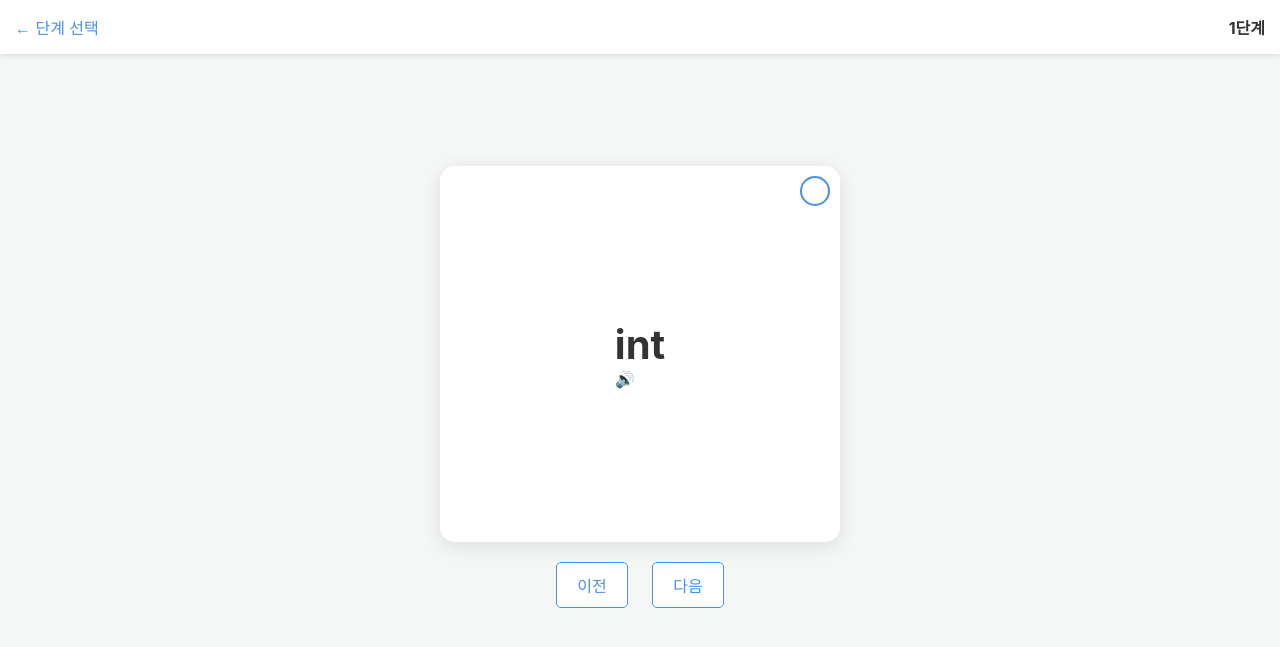
Repository: limgoon/programming-flashcards
Page: index.html
These files come from the project's save history. The page is drawn as it stood at one moment and after the next save; the edit follows.
The browser window is 1280 px wide. The pictures show the whole page.
After loading, the first visible `button.stage-btn` was clicked once.

Above is the page before, as saved 2025-07-15 10:10:27.

### index.html
<!DOCTYPE html>
<html lang="ko">

<head>
  <meta charset="UTF-8">
  <meta name="viewport" content="width=device-width, initial-scale=1.0, user-scalable=no">
  <title>프로그래밍 단어 암기 카드</title>
  <link rel="stylesheet" href="style.css">
</head>

<body>

  <div id="stage-selection-screen" class="screen active">
    <h1>암기할 단계를 선택하세요</h1>
    <div class="stage-buttons">
      <button class="stage-btn" data-level="1">1단계: 기본 & 핵심</button>
      <button class="stage-btn" data-level="2">2단계: 중급 & 확장</button>
      <button class="stage-btn" data-level="3">3단계: 심화 & 전문</button>
    </div>
  </div>

  <div id="flashcard-screen" class="screen">
    <header class="app-header">
      <button id="back-to-selection">← 단계 선택</button>
      <span id="current-stage-display"></span>
    </header>

    <main id="card-area">
      <div class="card-container">
        <div class="card">
          <div class="card-face card-front">
            <div class="checkmark-area">
              <span class="checkmark">✔</span>
            </div>
            <div class="word-and-speaker">
              <p id="word-display"></p>
              <span id="speaker-icon" title="발음 듣기">🔊</span>
            </div>
          </div>
          <div class="card-face card-back">
            <div class="checkmark-area">
              <span class="checkmark">✔</span>
            </div>
            <div class="meaning">
              <h2>프로그래밍 의미</h2>
              <p id="prog-meaning"></p>
            </div>
            <div class="meaning">
              <h2>사전적 의미</h2>
              <p id="dict-meaning"></p>
            </div>
          </div>
        </div>
      </div>
      <div class="navigation-buttons">
        <button id="prev-btn">이전</button>
        <button id="next-btn">다음</button>
      </div>
    </main>
  </div>

  <script src="script.js"></script>
</body>

</html>

### style.css
/* 기본 스타일 및 글꼴 설정 */
:root {
  --primary-color: #4a90e2;
  --background-color: #f4f7f6;
  --card-bg: #ffffff;
  --text-color: #333;
  --light-text-color: #f0f0f0;
  --shadow-color: rgba(0, 0, 0, 0.1);
}

* {
  box-sizing: border-box;
  margin: 0;
  padding: 0;
}

body {
  font-family: -apple-system, BlinkMacSystemFont, 'Segoe UI', Roboto, 'Helvetica Neue', Arial, sans-serif;
  background-color: var(--background-color);
  color: var(--text-color);
  overscroll-behavior-y: contain;
  /* 당겨서 새로고침 방지 */
}

/* 화면 전환 */
.screen {
  display: none;
  flex-direction: column;
  height: 100vh;
  width: 100%;
}

.screen.active {
  display: flex;
}

/* 1. 단계 선택 화면 */
#stage-selection-screen {
  justify-content: center;
  align-items: center;
  text-align: center;
}

#stage-selection-screen h1 {
  margin-bottom: 40px;
}

.stage-buttons {
  display: flex;
  flex-direction: column;
  gap: 15px;
}

.stage-btn {
  padding: 15px 30px;
  font-size: 1.2em;
  border: none;
  background-color: var(--primary-color);
  color: white;
  border-radius: 8px;
  cursor: pointer;
  transition: transform 0.2s, box-shadow 0.2s;
}

.stage-btn:hover {
  transform: translateY(-2px);
  box-shadow: 0 4px 10px var(--shadow-color);
}


/* 2. 학습 화면 */
.app-header {
  display: flex;
  justify-content: space-between;
  align-items: center;
  padding: 15px;
  background-color: var(--card-bg);
  box-shadow: 0 2px 5px var(--shadow-color);
  flex-shrink: 0;
}

.app-header button {
  background: none;
  border: none;
  font-size: 1em;
  color: var(--primary-color);
  cursor: pointer;
}

#current-stage-display {
  font-weight: bold;
}

#card-area {
  flex-grow: 1;
  display: flex;
  flex-direction: column;
  justify-content: center;
  align-items: center;
  padding: 20px;
  overflow: hidden;
  /* 스와이프 영역을 벗어나는 것을 방지 */
}

/* 카드 디자인 및 3D 뒤집기 효과 */
.card-container {
  width: 100%;
  max-width: 400px;
  height: 60%;
  max-height: 500px;
  perspective: 1000px;
  /* 3D 효과를 위한 원근감 */
}

.card {
  width: 100%;
  height: 100%;
  position: relative;
  transform-style: preserve-3d;
  transition: transform 0.6s;
  cursor: pointer;
  border-radius: 15px;
  box-shadow: 0 4px 20px var(--shadow-color);
}

.card.is-flipped {
  transform: rotateY(180deg);
}

.card-face {
  position: absolute;
  width: 100%;
  height: 100%;
  backface-visibility: hidden;
  /* 뒷면 숨기기 */
  border-radius: 15px;
  display: flex;
  flex-direction: column;
  justify-content: center;
  align-items: center;
  padding: 20px;
}

/* 카드 앞면 */
.card-front {
  background-color: var(--card-bg);
}

#word-display {
  font-size: 2.5em;
  font-weight: bold;
}

/* 카드 뒷면 */
.card-back {
  background-color: var(--primary-color);
  color: var(--light-text-color);
  transform: rotateY(180deg);
  justify-content: flex-start;
  gap: 20px;
}

.card-back .meaning {
  width: 100%;
}

.card-back h2 {
  font-size: 1.2em;
  border-bottom: 1px solid rgba(255, 255, 255, 0.5);
  padding-bottom: 5px;
  margin-bottom: 10px;
}

.card-back p {
  font-size: 1.1em;
}

/* 학습 완료 체크박스 */
.checkmark-area {
  position: absolute;
  top: 10px;
  right: 10px;
  width: 30px;
  height: 30px;
  border: 2px solid var(--primary-color);
  border-radius: 50%;
  display: flex;
  justify-content: center;
  align-items: center;
  cursor: pointer;
}

.card-back .checkmark-area {
  border-color: var(--light-text-color);
}

.checkmark {
  font-size: 1.2em;
  color: var(--primary-color);
  opacity: 0;
  transition: opacity 0.2s;
}

.card-back .checkmark {
  color: var(--light-text-color);
}

.checkmark.checked {
  opacity: 1;
}

/* 이전/다음 버튼 (데스크탑용) */
.navigation-buttons {
  margin-top: 20px;
}

#prev-btn, #next-btn {
  padding: 10px 20px;
  font-size: 1em;
  border: 1px solid var(--primary-color);
  background-color: white;
  color: var(--primary-color);
  border-radius: 5px;
  cursor: pointer;
  margin: 0 10px;
}

@media (pointer: coarse) {
  .navigation-buttons {
    display: none;
    /* 터치 기기에서는 버튼 숨기기 */
  }
}

### script.js
document.addEventListener('DOMContentLoaded', () => {
    // DOM 요소 가져오기
    const stageSelectionScreen = document.getElementById('stage-selection-screen');
    const flashcardScreen = document.getElementById('flashcard-screen');
    const stageButtons = document.querySelectorAll('.stage-btn');
    const backButton = document.getElementById('back-to-selection');
    const currentStageDisplay = document.getElementById('current-stage-display');
    const card = document.querySelector('.card');
    const cardArea = document.getElementById('card-area');
    const wordDisplay = document.getElementById('word-display');
    const progMeaning = document.getElementById('prog-meaning');
    const dictMeaning = document.getElementById('dict-meaning');
    const checkmarkAreas = document.querySelectorAll('.checkmark-area');
    const checkmarks = document.querySelectorAll('.checkmark');
    const prevBtn = document.getElementById('prev-btn');
    const nextBtn = document.getElementById('next-btn');

    // 상태 변수
    let allWords = {};
    let currentWords = [];
    let shuffledIndices = [];
    let currentIndex = 0;
    let checkedStatus = {}; // { 1: {0: true, 5: false}, 2: {...} }

    // 1. 데이터 로딩
    async function loadWords() {
        try {
            const response = await fetch('words.json');
            allWords = await response.json();
        } catch (error) {
            console.error('단어 데이터를 불러오는 데 실패했습니다.', error);
            alert('단어 데이터를 불러오는 데 실패했습니다.');
        }
    }

    // 2. 단계 초기화 및 시작
    function initStage(level) {
        currentWords = allWords[`level_${level}`];
        currentStageDisplay.textContent = `${level}단계`;

        // 해당 레벨의 학습 상태 초기화
        if (!checkedStatus[level]) {
            checkedStatus[level] = {};
        }

        // 인덱스 배열 생성 후 랜덤 셔플
        shuffledIndices = Array.from({ length: currentWords.length }, (_, i) => i);
        for (let i = shuffledIndices.length - 1; i > 0; i--) {
            const j = Math.floor(Math.random() * (i + 1));
            [shuffledIndices[i], shuffledIndices[j]] = [shuffledIndices[j], shuffledIndices[i]];
        }

        currentIndex = 0;
        displayCard();

        // 화면 전환
        stageSelectionScreen.classList.remove('active');
        flashcardScreen.classList.add('active');
    }

    // 3. 카드 내용 표시
    function displayCard() {
        if (shuffledIndices.length === 0) return;

        const wordIndex = shuffledIndices[currentIndex];
        const wordData = currentWords[wordIndex];

        // 카드 내용 업데이트
        wordDisplay.textContent = wordData.word;
        progMeaning.textContent = wordData.prog;
        dictMeaning.textContent = wordData.dict;

        // 뒤집힌 카드 원상태로
        card.classList.remove('is-flipped');

        // 체크 상태 업데이트
        updateCheckmark();
    }

    // 4. 체크마크 업데이트 및 토글
    function updateCheckmark() {
        const level = currentStageDisplay.textContent.charAt(0);
        const wordIndex = shuffledIndices[currentIndex];
        const isChecked = checkedStatus[level][wordIndex] || false;

        checkmarks.forEach((c) => {
            isChecked ? c.classList.add('checked') : c.classList.remove('checked');
        });
    }

    function toggleCheckmark() {
        const level = currentStageDisplay.textContent.charAt(0);
        const wordIndex = shuffledIndices[currentIndex];
        checkedStatus[level][wordIndex] = !(checkedStatus[level][wordIndex] || false);
        updateCheckmark();
    }

    // 5. 카드 이동
    function showNextCard() {
        // 현재 카드를 확인한 것으로 자동 표시
        const level = currentStageDisplay.textContent.charAt(0);
        const wordIndex = shuffledIndices[currentIndex];
        if (!checkedStatus[level][wordIndex]) {
            checkedStatus[level][wordIndex] = true;
        }

        currentIndex = (currentIndex + 1) % shuffledIndices.length;
        displayCard();
    }

    function showPrevCard() {
        currentIndex = (currentIndex - 1 + shuffledIndices.length) % shuffledIndices.length;
        displayCard();
    }

    // 6. 이벤트 리스너 설정
    stageButtons.forEach((button) => {
        button.addEventListener('click', () => {
            const level = button.dataset.level;
            initStage(level);
        });
    });

    backButton.addEventListener('click', () => {
        flashcardScreen.classList.remove('active');
        stageSelectionScreen.classList.add('active');
    });

    card.addEventListener('click', () => {
        card.classList.toggle('is-flipped');
    });

    checkmarkAreas.forEach((area) => {
        area.addEventListener('click', (e) => {
            e.stopPropagation(); // 카드가 뒤집히는 것을 방지
            toggleCheckmark();
        });
    });

    // 데스크탑용 버튼
    prevBtn.addEventListener('click', showPrevCard);
    nextBtn.addEventListener('click', showNextCard);

    // 스와이프 기능
    let touchStartX = 0;
    let touchEndX = 0;

    cardArea.addEventListener(
        'touchstart',
        (e) => {
            touchStartX = e.changedTouches[0].screenX;
        },
        { passive: true },
    );

    cardArea.addEventListener('touchend', (e) => {
        touchEndX = e.changedTouches[0].screenX;
        handleSwipe();
    });

    function handleSwipe() {
        const swipeThreshold = 50; // 최소 스와이프 거리
        if (touchEndX < touchStartX - swipeThreshold) {
            // 왼쪽으로 스와이프 -> 다음 카드
            showNextCard();
        } else if (touchEndX > touchStartX + swipeThreshold) {
            // 오른쪽으로 스와이프 -> 이전 카드
            showPrevCard();
        }
    }

    // 초기 데이터 로딩
    loadWords();
});

Loaded but not shown: words.json (306 lines, source omitted)

After the next save:
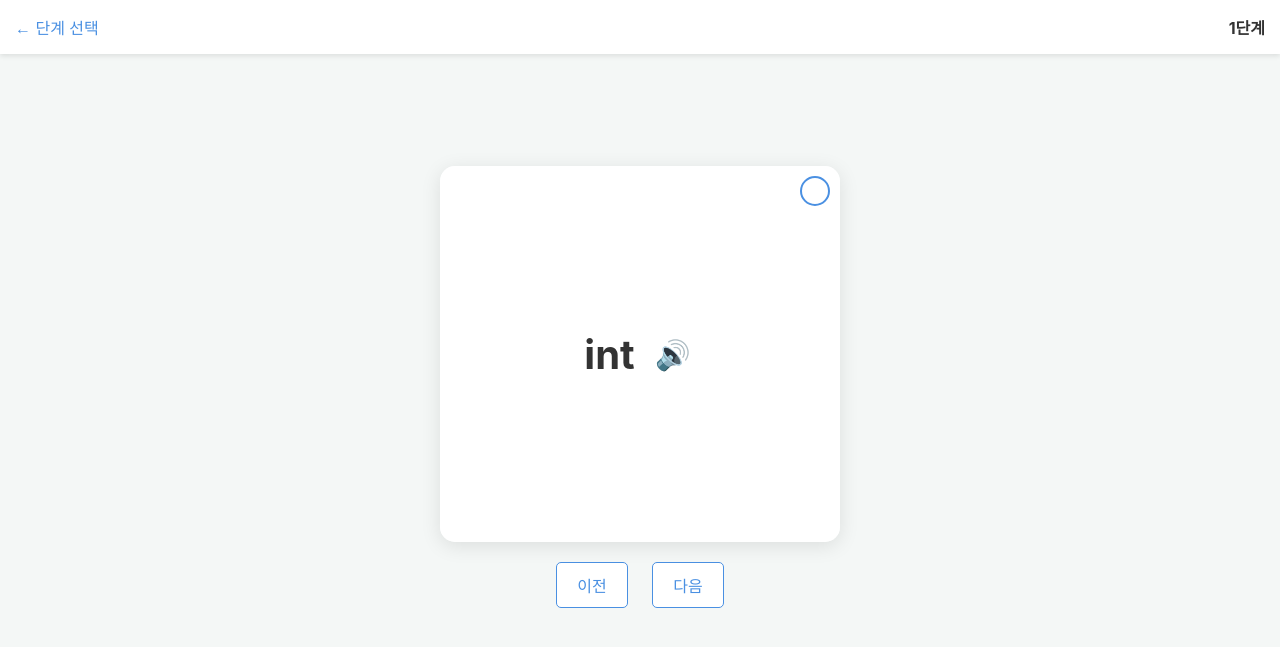
Saved 9 s later.
--- a/style.css
+++ b/style.css
@@ -99,7 +99,6 @@ body {
   align-items: center;
   padding: 20px;
   overflow: hidden;
-  /* 스와이프 영역을 벗어나는 것을 방지 */
 }
 
 /* 카드 디자인 및 3D 뒤집기 효과 */
@@ -109,7 +108,6 @@ body {
   height: 60%;
   max-height: 500px;
   perspective: 1000px;
-  /* 3D 효과를 위한 원근감 */
 }
 
 .card {
@@ -132,7 +130,6 @@ body {
   width: 100%;
   height: 100%;
   backface-visibility: hidden;
-  /* 뒷면 숨기기 */
   border-radius: 15px;
   display: flex;
   flex-direction: column;
@@ -146,10 +143,32 @@ body {
   background-color: var(--card-bg);
 }
 
+/* ▼▼▼ [추가됨] 단어와 스피커 아이콘 스타일 ▼▼▼ */
+.word-and-speaker {
+  display: flex;
+  align-items: center;
+  justify-content: center;
+  gap: 15px;
+}
+
 #word-display {
   font-size: 2.5em;
   font-weight: bold;
 }
+
+#speaker-icon {
+  font-size: 1.8em;
+  cursor: pointer;
+  transition: transform 0.2s;
+  padding: 5px;
+}
+
+#speaker-icon:hover {
+  transform: scale(1.2);
+}
+
+/* ▲▲▲ [추가됨] ▲▲▲ */
+
 
 /* 카드 뒷면 */
 .card-back {
@@ -228,6 +247,5 @@ body {
 @media (pointer: coarse) {
   .navigation-buttons {
     display: none;
-    /* 터치 기기에서는 버튼 숨기기 */
   }
 }
--- a/script.js
+++ b/script.js
@@ -14,13 +14,14 @@ document.addEventListener('DOMContentLoaded', () => {
     const checkmarks = document.querySelectorAll('.checkmark');
     const prevBtn = document.getElementById('prev-btn');
     const nextBtn = document.getElementById('next-btn');
+    const speakerIcon = document.getElementById('speaker-icon'); // ▼▼▼ [추가됨] ▼▼▼
 
     // 상태 변수
     let allWords = {};
     let currentWords = [];
     let shuffledIndices = [];
     let currentIndex = 0;
-    let checkedStatus = {}; // { 1: {0: true, 5: false}, 2: {...} }
+    let checkedStatus = {};
 
     // 1. 데이터 로딩
     async function loadWords() {
@@ -37,23 +38,16 @@ document.addEventListener('DOMContentLoaded', () => {
     function initStage(level) {
         currentWords = allWords[`level_${level}`];
         currentStageDisplay.textContent = `${level}단계`;
-
-        // 해당 레벨의 학습 상태 초기화
         if (!checkedStatus[level]) {
             checkedStatus[level] = {};
         }
-
-        // 인덱스 배열 생성 후 랜덤 셔플
         shuffledIndices = Array.from({ length: currentWords.length }, (_, i) => i);
         for (let i = shuffledIndices.length - 1; i > 0; i--) {
             const j = Math.floor(Math.random() * (i + 1));
             [shuffledIndices[i], shuffledIndices[j]] = [shuffledIndices[j], shuffledIndices[i]];
         }
-
         currentIndex = 0;
         displayCard();
-
-        // 화면 전환
         stageSelectionScreen.classList.remove('active');
         flashcardScreen.classList.add('active');
     }
@@ -61,19 +55,14 @@ document.addEventListener('DOMContentLoaded', () => {
     // 3. 카드 내용 표시
     function displayCard() {
         if (shuffledIndices.length === 0) return;
-
         const wordIndex = shuffledIndices[currentIndex];
         const wordData = currentWords[wordIndex];
 
-        // 카드 내용 업데이트
         wordDisplay.textContent = wordData.word;
         progMeaning.textContent = wordData.prog;
         dictMeaning.textContent = wordData.dict;
 
-        // 뒤집힌 카드 원상태로
         card.classList.remove('is-flipped');
-
-        // 체크 상태 업데이트
         updateCheckmark();
     }
 
@@ -95,15 +84,25 @@ document.addEventListener('DOMContentLoaded', () => {
         updateCheckmark();
     }
 
+    // ▼▼▼ [추가됨] 단어 발음 듣기 기능 ▼▼▼
+    function speakWord(word) {
+        // 진행 중인 음성 출력이 있다면 취소
+        window.speechSynthesis.cancel();
+
+        const utterance = new SpeechSynthesisUtterance(word);
+        utterance.lang = 'en-US'; // 영어(미국) 발음으로 설정
+        utterance.rate = 0.9; // 약간 느린 속도로 설정
+        window.speechSynthesis.speak(utterance);
+    }
+    // ▲▲▲ [추가됨] ▲▲▲
+
     // 5. 카드 이동
     function showNextCard() {
-        // 현재 카드를 확인한 것으로 자동 표시
         const level = currentStageDisplay.textContent.charAt(0);
         const wordIndex = shuffledIndices[currentIndex];
         if (!checkedStatus[level][wordIndex]) {
             checkedStatus[level][wordIndex] = true;
         }
-
         currentIndex = (currentIndex + 1) % shuffledIndices.length;
         displayCard();
     }
@@ -115,10 +114,7 @@ document.addEventListener('DOMContentLoaded', () => {
 
     // 6. 이벤트 리스너 설정
     stageButtons.forEach((button) => {
-        button.addEventListener('click', () => {
-            const level = button.dataset.level;
-            initStage(level);
-        });
+        button.addEventListener('click', () => initStage(button.dataset.level));
     });
 
     backButton.addEventListener('click', () => {
@@ -132,12 +128,23 @@ document.addEventListener('DOMContentLoaded', () => {
 
     checkmarkAreas.forEach((area) => {
         area.addEventListener('click', (e) => {
-            e.stopPropagation(); // 카드가 뒤집히는 것을 방지
+            e.stopPropagation();
             toggleCheckmark();
         });
     });
 
-    // 데스크탑용 버튼
+    // ▼▼▼ [추가됨] 스피커 아이콘 클릭 이벤트 ▼▼▼
+    speakerIcon.addEventListener('click', (e) => {
+        e.stopPropagation(); // 카드가 뒤집히는 것을 방지
+        const wordToSpeak = wordDisplay.textContent;
+        if (wordToSpeak && 'speechSynthesis' in window) {
+            speakWord(wordToSpeak);
+        } else {
+            alert('음성 지원이 되지 않는 브라우저입니다.');
+        }
+    });
+    // ▲▲▲ [추가됨] ▲▲▲
+
     prevBtn.addEventListener('click', showPrevCard);
     nextBtn.addEventListener('click', showNextCard);
 
@@ -159,12 +166,10 @@ document.addEventListener('DOMContentLoaded', () => {
     });
 
     function handleSwipe() {
-        const swipeThreshold = 50; // 최소 스와이프 거리
+        const swipeThreshold = 50;
         if (touchEndX < touchStartX - swipeThreshold) {
-            // 왼쪽으로 스와이프 -> 다음 카드
             showNextCard();
         } else if (touchEndX > touchStartX + swipeThreshold) {
-            // 오른쪽으로 스와이프 -> 이전 카드
             showPrevCard();
         }
     }
